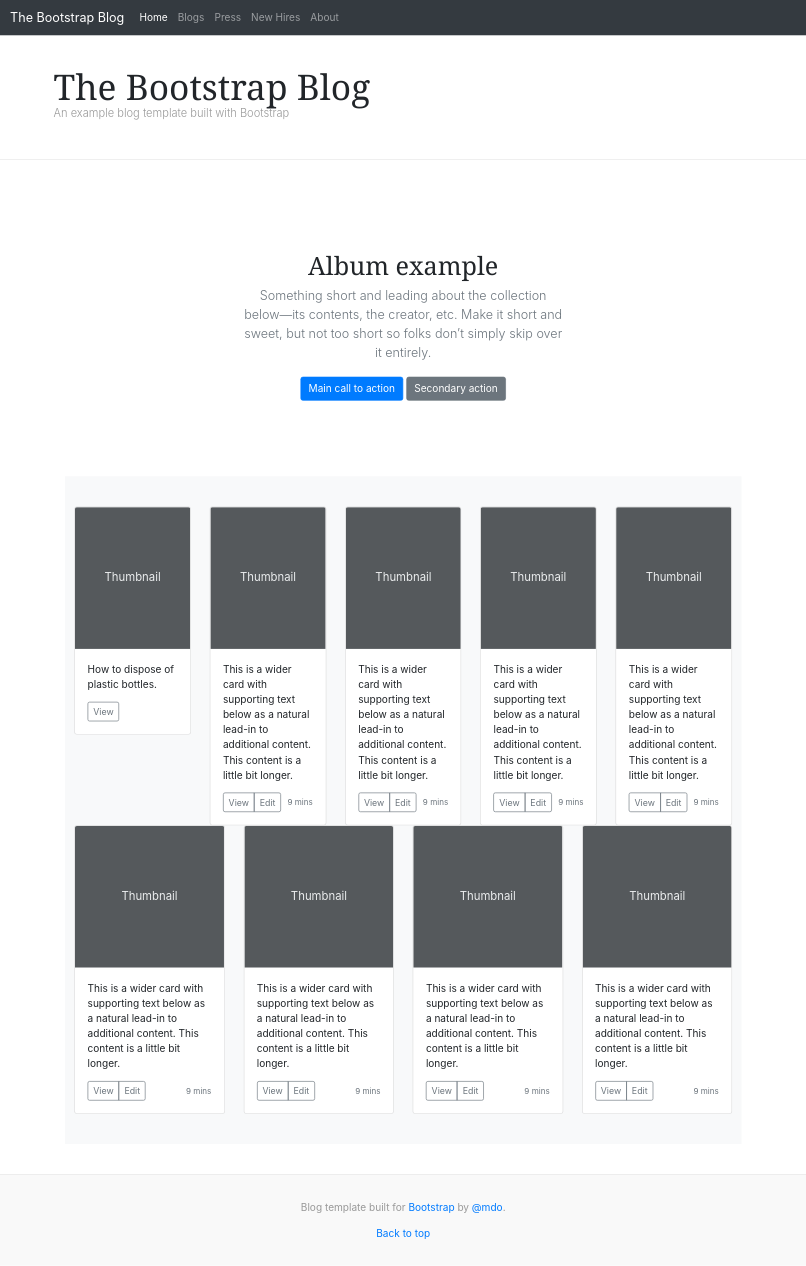
Repository: AshokSasi/CopyNPasta-Recycle-App
Page: http://localhost/
These files come from the project's save history. The page is drawn as it stood at one moment and after the next save; the edit follows.
The browser window is 1280 px wide. The pictures show the whole page, at 63% of full size.
The page is served by the project's Laravel application, run on PHP 8.4 with Laravel 8.

Above is the page before, as saved 2021-09-25 11:24:28.

After the next save:
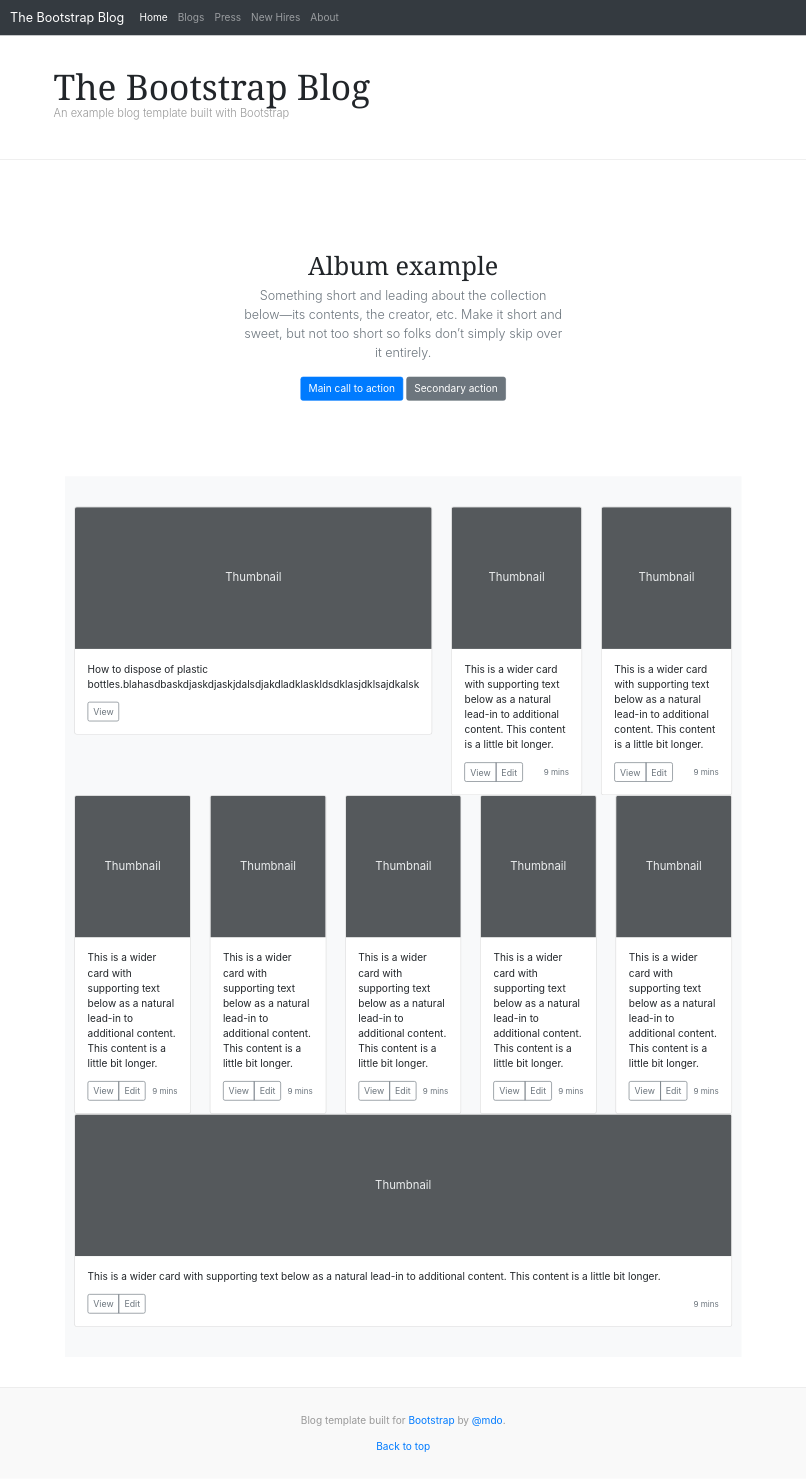
Saved 38 s later.
--- a/resources/views/home/index.blade.php
+++ b/resources/views/home/index.blade.php
@@ -42,7 +42,7 @@
             <svg class="bd-placeholder-img card-img-top" width="100%" height="225" xmlns="http://www.w3.org/2000/svg" role="img" aria-label="Placeholder: Thumbnail" preserveAspectRatio="xMidYMid slice" focusable="false"><title>Placeholder</title><rect width="100%" height="100%" fill="#55595c"/><text x="50%" y="50%" fill="#eceeef" dy=".3em">Thumbnail</text></svg>
 
             <div class="card-body">
-              <p class="card-text">How to dispose of plastic bottles.</p>
+              <p class="card-text">How to dispose of plastic bottles.blahasdbaskdjaskdjaskjdalsdjakdladklaskldsdklasjdklsajdkalsk</p>
               <div class="d-flex justify-content-between align-items-center">
                 <div class="btn-group">
                   <button type="button" class="btn btn-sm btn-outline-secondary">View</button>

After the save that followed:
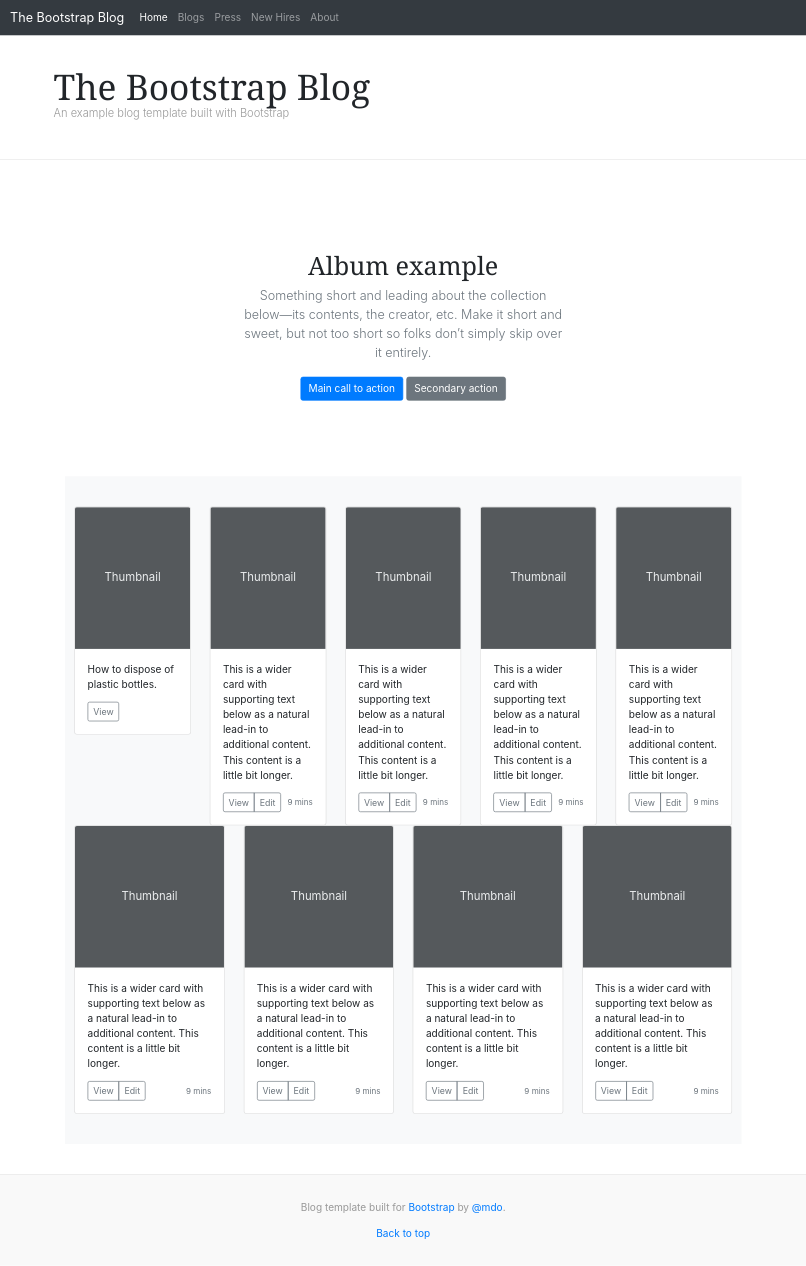
Saved 8 s later.
--- a/resources/views/home/index.blade.php
+++ b/resources/views/home/index.blade.php
@@ -42,7 +42,7 @@
             <svg class="bd-placeholder-img card-img-top" width="100%" height="225" xmlns="http://www.w3.org/2000/svg" role="img" aria-label="Placeholder: Thumbnail" preserveAspectRatio="xMidYMid slice" focusable="false"><title>Placeholder</title><rect width="100%" height="100%" fill="#55595c"/><text x="50%" y="50%" fill="#eceeef" dy=".3em">Thumbnail</text></svg>
 
             <div class="card-body">
-              <p class="card-text">How to dispose of plastic bottles.blahasdbaskdjaskdjaskjdalsdjakdladklaskldsdklasjdklsajdkalsk</p>
+              <p class="card-text">How to dispose of plastic bottles.</p>
               <div class="d-flex justify-content-between align-items-center">
                 <div class="btn-group">
                   <button type="button" class="btn btn-sm btn-outline-secondary">View</button>
